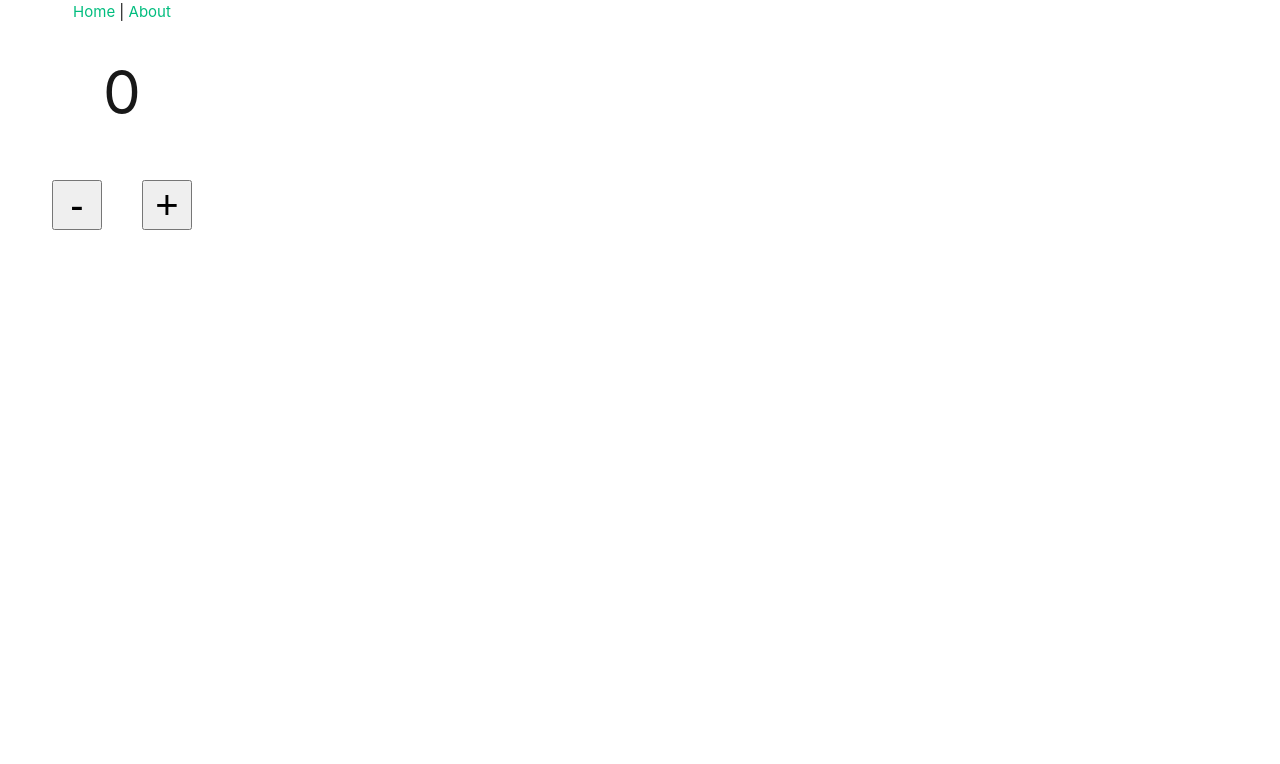
Repository: loktioncode/vectra-shop
Page: /
An editor plug-in stored every save of this project. The page is shown before and after the next save, followed by the edit.
The browser window is 1280 px wide. The pictures show the whole page.
The project was rebuilt for these pictures with package versions that can differ from the ones it lists, and the page was loaded fresh each time. Also part of the build but not shown: vite.config.ts.

Above is the page before, as saved 2023-09-20 12:49:52.

After the next save:
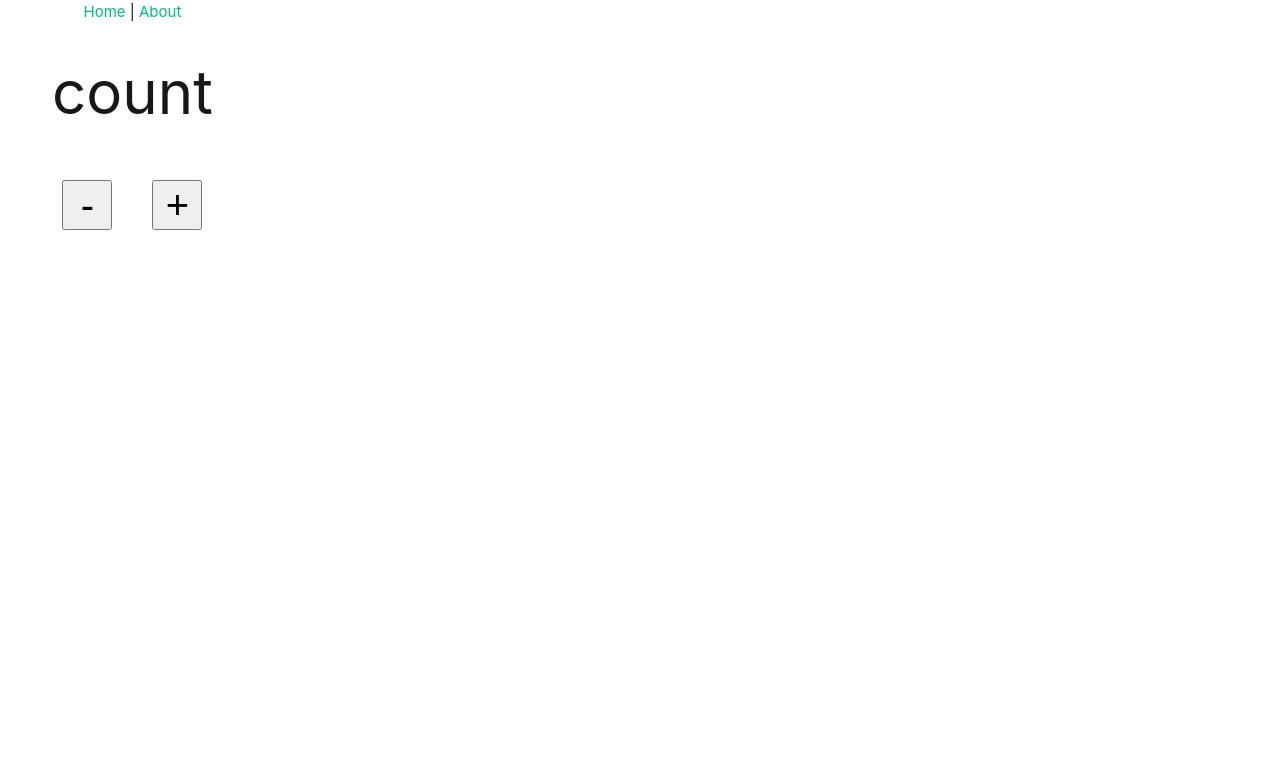
Saved 30 s later.
--- a/src/views/HomeView.vue
+++ b/src/views/HomeView.vue
@@ -2,7 +2,7 @@
 
 <template>
   <div class="home">
-    <h1 class="count">0</h1>
+    <h1 class="count">count</h1>
     <div class="buttons">
       <button>-</button>
       <button @click="increaseCount">+</button>
